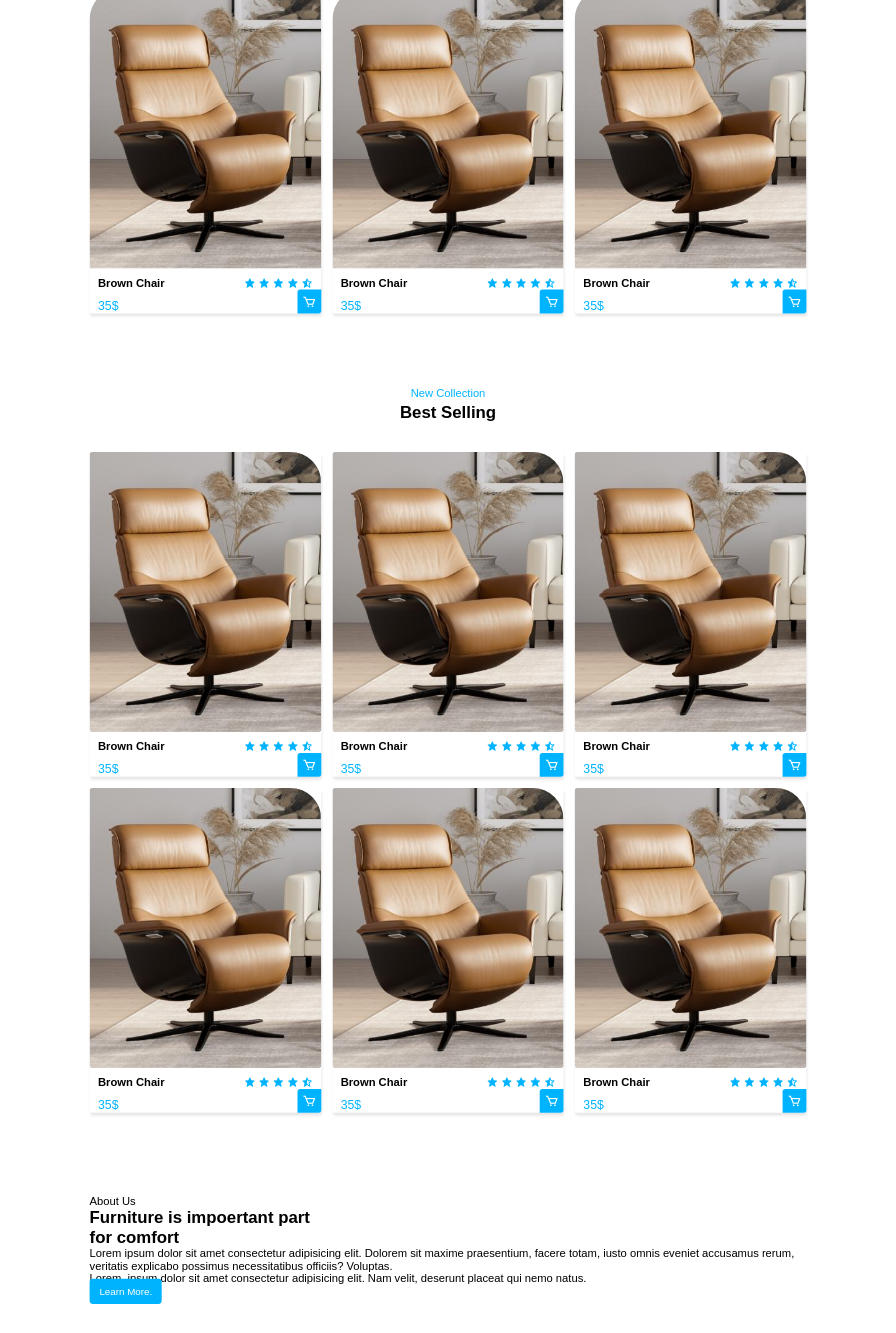
Repository: alishbah7/Choice1
Page: index.html
An editor plug-in stored every save of this project. The page is shown before and after the next save, followed by the edit.
The browser window is 1280 px wide. The pictures show the part of the page from y = 1364 to 3284 px (the page is 3268 px tall before and 3284 px after), at 70% of full size.
Backgrounds fixed to the window are drawn as part of the page.

Above is the page before, as saved 2024-11-24 10:37:44.

After the next save:
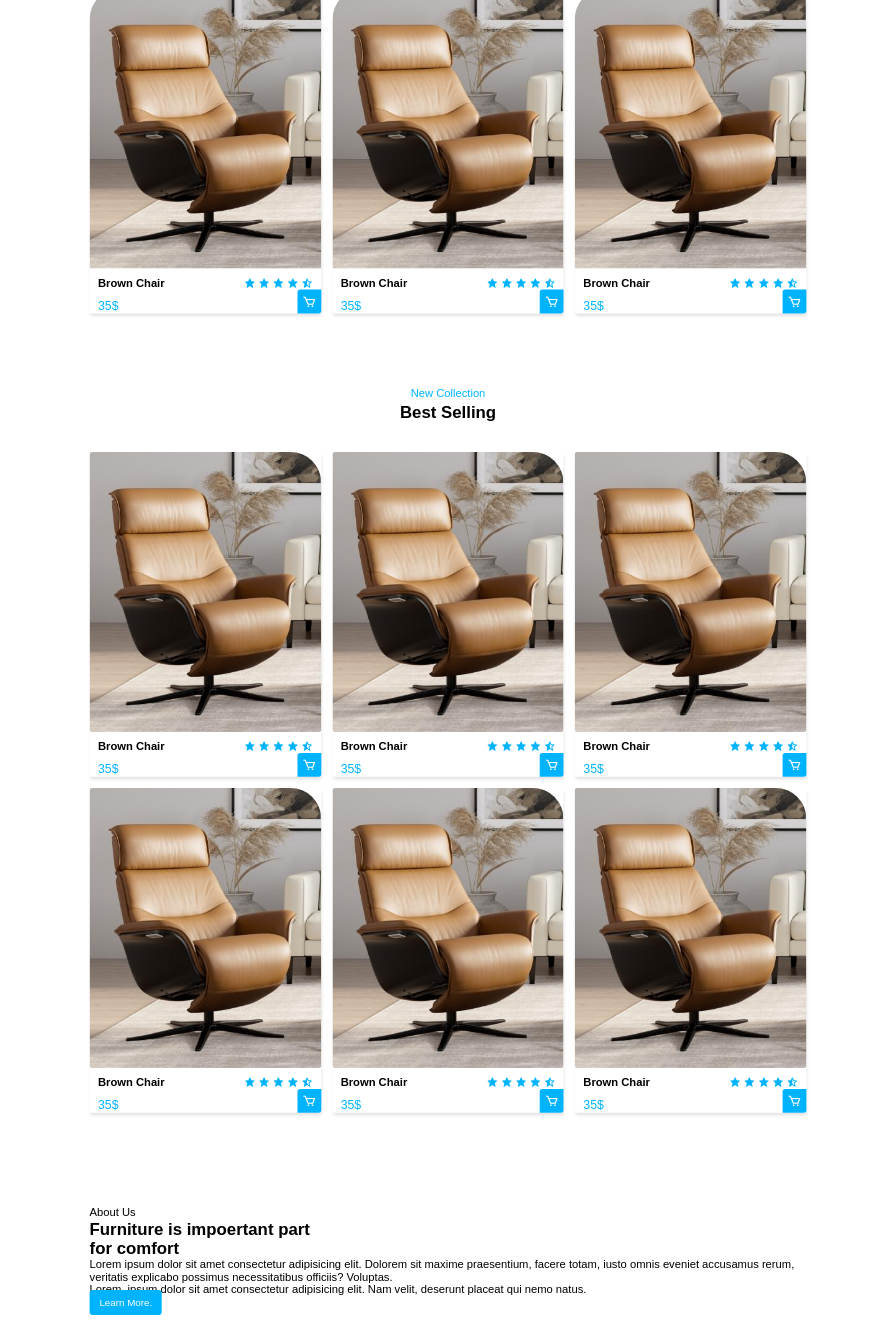
Saved 96 s later.
--- a/style.css
+++ b/style.css
@@ -197,3 +197,13 @@ header{
 .new-container .box .box-img{
     border-radius: 4px 44px 4px 4px;
 }
+
+.about{
+    display: grid;
+    grid-template-columns: repeat(1, 2fr);
+    gap: 1rem;
+}
+
+.about-img img{
+    width: 80%;
+}
